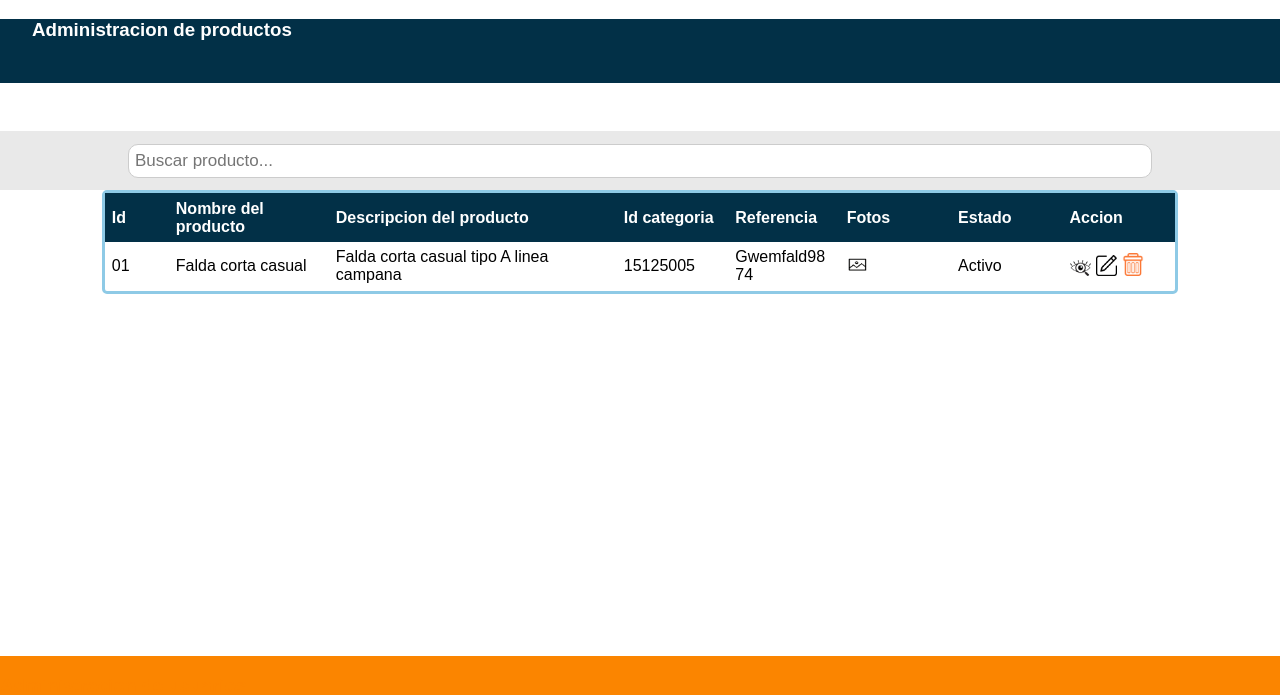
Repository: AlexanderBarona/Proyecto_Ciclo3_Mintic
Page: PaginaWeb/pages/listar_productos.html
The author's editor kept a copy of each file at every save. The page is drawn from the files as they stood at one save, then again after the next save.
The browser window is 1280 px wide. The pictures show the whole page.

Above is the page before, as saved 2021-09-30 16:04:00.

After the next save:
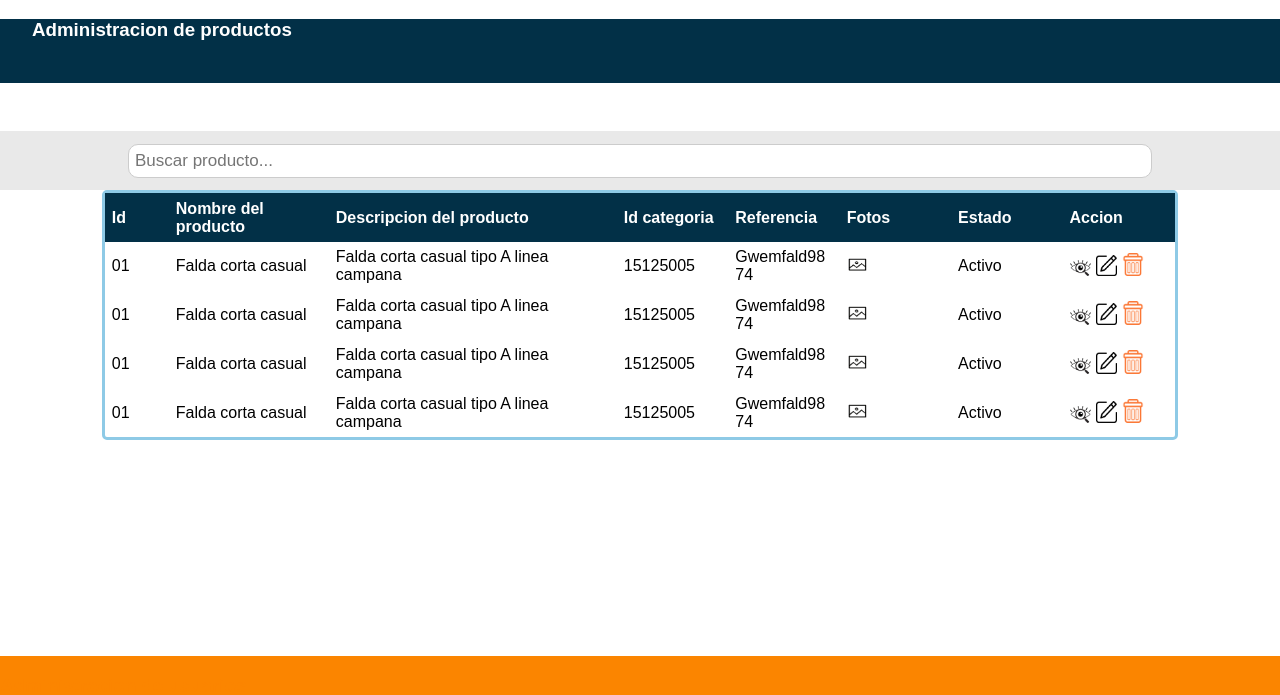
Saved 100 s later.
--- a/PaginaWeb/pages/listar_productos.html
+++ b/PaginaWeb/pages/listar_productos.html
@@ -45,7 +45,7 @@
                     <td class="table_cell center">
                       <div class="icon_container">
                         <nav>
-                          <a href="icon_table center">
+                          <a href="icon_table">
                             <img class="icon_cell" src="../images/IconPhoto.ico">
                           </a>
 
@@ -71,7 +71,111 @@
 
                     </td>
                   </tr>
+                  <tr >
+                    <td class="table_cell center">01</td>
+                    <td class="table_cell">Falda corta casual</td>
+                    <td class="table_cell ">Falda corta casual tipo A linea campana </td>
+                    <td class="table_cell center">15125005</td>
+                    <td class="table_cell">Gwemfald9874</td>
+                    <td class="table_cell center">
+                      <div class="icon_container">
+                        <nav>
+                          <a href="icon_table">
+                            <img class="icon_cell" src="../images/IconPhoto.ico">
+                          </a>
 
+                        </nav>
+                    </div>
+
+                    </td>
+                    <td class="table_cell center">Activo</td>
+                    <td class="table_cell center">
+                      <div class="icon_container">
+                        <nav>
+                          <a href="icon_table">
+                            <img class="icon_cell" src="../images/IconRead.ico">
+                          </a>
+                          <a href="icon_table">
+                            <img class="icon_cell" src="../images/IconUpdate.ico">
+                          </a>
+                          <a href="icon_table">
+                            <img class="icon_cell" src="../images/IconDelete.ico">
+                          </a>
+                        </nav>
+                    </div>
+
+                    </td>
+                  </tr>
+                  <tr >
+                    <td class="table_cell center">01</td>
+                    <td class="table_cell">Falda corta casual</td>
+                    <td class="table_cell ">Falda corta casual tipo A linea campana </td>
+                    <td class="table_cell center">15125005</td>
+                    <td class="table_cell">Gwemfald9874</td>
+                    <td class="table_cell center">
+                      <div class="icon_container">
+                        <nav>
+                          <a href="icon_table">
+                            <img class="icon_cell" src="../images/IconPhoto.ico">
+                          </a>
+
+                        </nav>
+                    </div>
+
+                    </td>
+                    <td class="table_cell center">Activo</td>
+                    <td class="table_cell center">
+                      <div class="icon_container">
+                        <nav>
+                          <a href="icon_table">
+                            <img class="icon_cell" src="../images/IconRead.ico">
+                          </a>
+                          <a href="icon_table">
+                            <img class="icon_cell" src="../images/IconUpdate.ico">
+                          </a>
+                          <a href="icon_table">
+                            <img class="icon_cell" src="../images/IconDelete.ico">
+                          </a>
+                        </nav>
+                    </div>
+
+                    </td>
+                  </tr>
+                  <tr >
+                    <td class="table_cell center">01</td>
+                    <td class="table_cell">Falda corta casual</td>
+                    <td class="table_cell ">Falda corta casual tipo A linea campana </td>
+                    <td class="table_cell center">15125005</td>
+                    <td class="table_cell">Gwemfald9874</td>
+                    <td class="table_cell center">
+                      <div class="icon_container">
+                        <nav>
+                          <a href="icon_table">
+                            <img class="icon_cell" src="../images/IconPhoto.ico">
+                          </a>
+
+                        </nav>
+                    </div>
+
+                    </td>
+                    <td class="table_cell center">Activo</td>
+                    <td class="table_cell center">
+                      <div class="icon_container">
+                        <nav>
+                          <a href="icon_table">
+                            <img class="icon_cell" src="../images/IconRead.ico">
+                          </a>
+                          <a href="icon_table">
+                            <img class="icon_cell" src="../images/IconUpdate.ico">
+                          </a>
+                          <a href="icon_table">
+                            <img class="icon_cell" src="../images/IconDelete.ico">
+                          </a>
+                        </nav>
+                    </div>
+
+                    </td>
+                  </tr>
               </tbody>
             </table>
         </div>
